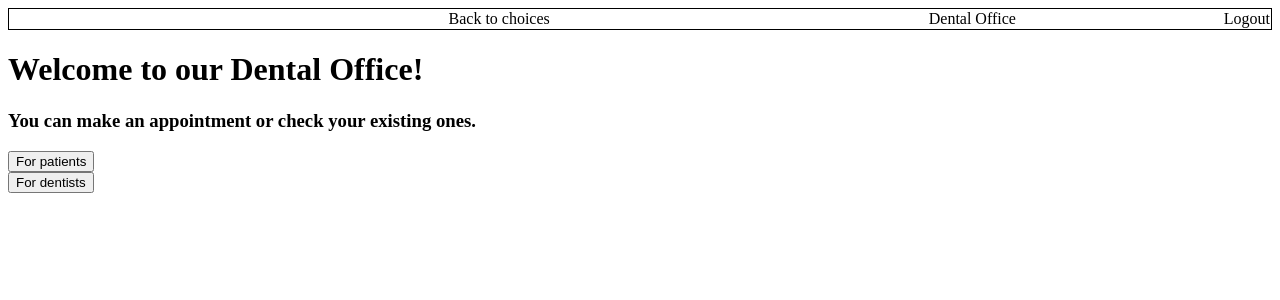
Repository: ThEgIGN/DentalOfficeWebApplication
Page: http://localhost/DentalOfficeWEB/
An editor plug-in stored every save of this project. The page is shown before and after the next save, followed by the edit.
The browser window is 1280 px wide. The pictures show the whole page.
The page is served by Tomcat 9. Nobody is signed in. The application's start-up code is not run. Other server files are loaded and not shown.

Above is the page before, as saved 2023-06-16 10:08:29.

### DentalOfficeProject/DentalOfficeWEB/src/main/webapp/index.jsp
<%@ page language="java" contentType="text/html; charset=ISO-8859-1"
	pageEncoding="ISO-8859-1"%>
<!DOCTYPE html>
<html>
<head>
<meta charset="ISO-8859-1">
<title>Dental Office Name</title>
</head>
<body>
	<table
		style="width: 100%; border-collapse: collapse; border: 1px solid;">
		<tr>
			<td style="text-align: right">Back to choices</td>
			<td style="text-align: right">Dental Office</td>
			<td style="text-align: right">Logout</td>
		</tr>
	</table>
	<h1>Welcome to our Dental Office!</h1>
	<h3>You can make an appointment or check your existing ones.</h3>
	<form action="/DentalOfficeWEB/patients/createPatient.jsp">
		<button type="submit">For patients</button>
	</form>
	<form action="/DentalOfficeWEB/dentists/loginDentist.jsp">
		<button type="submit">For dentists</button>
	</form>
</body>
</html>

After the next save:
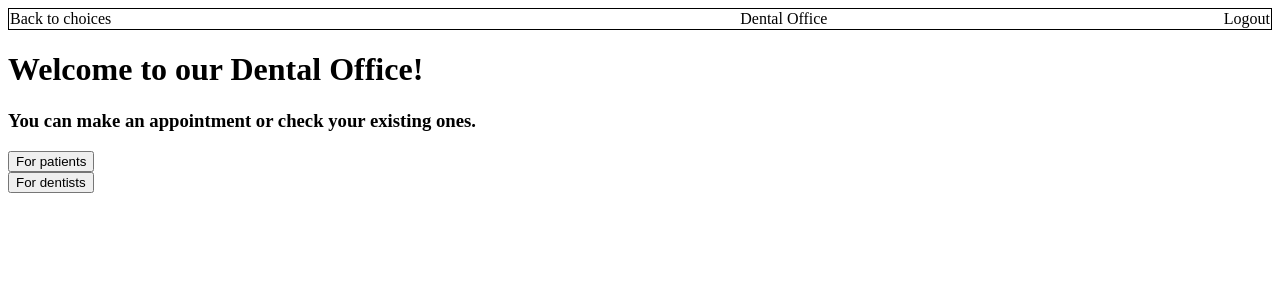
Saved 7 s later.
--- a/DentalOfficeProject/DentalOfficeWEB/src/main/webapp/index.jsp
+++ b/DentalOfficeProject/DentalOfficeWEB/src/main/webapp/index.jsp
@@ -10,8 +10,8 @@
 	<table
 		style="width: 100%; border-collapse: collapse; border: 1px solid;">
 		<tr>
-			<td style="text-align: right">Back to choices</td>
-			<td style="text-align: right">Dental Office</td>
+			<td style="text-align: left">Back to choices</td>
+			<td style="text-align: center">Dental Office</td>
 			<td style="text-align: right">Logout</td>
 		</tr>
 	</table>
